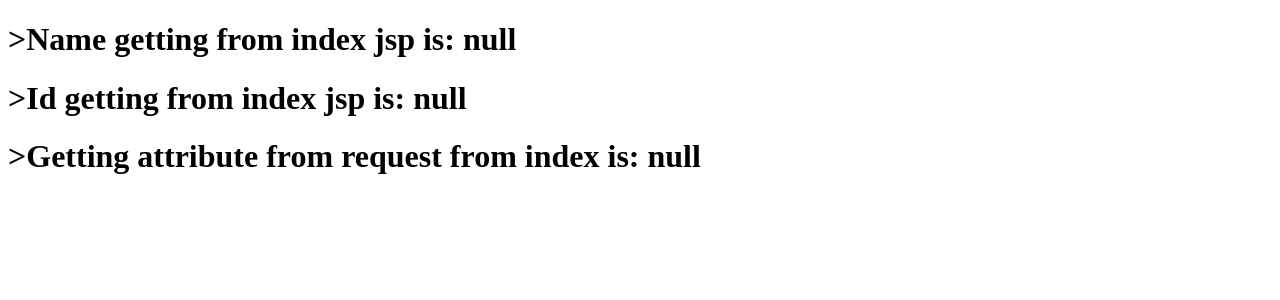
Repository: kamalsingh7290/ServletANDjsp
Page: http://localhost/JSP_Req_Resp/NewFile.jsp
An editor plug-in stored every save of this project. The page is shown before and after the next save, followed by the edit.
The browser window is 1280 px wide. The pictures show the whole page.
The page is served by Tomcat 9.

Above is the page before, as saved 2022-01-25 17:11:36.

### JSP_Req_Resp/src/main/webapp/NewFile.jsp
<%@ page language="java" contentType="text/html; charset=ISO-8859-1"
    pageEncoding="ISO-8859-1"%>
<!DOCTYPE html>
<html>
<head>
<meta charset="ISO-8859-1">
<title>Insert title here</title>
</head>
<body>
<h1>>Name getting from index jsp is: <%=request.getParameter("fname")%></h1>
<h1>>Id getting from index jsp is: <%=request.getParameter("id")%></h1>
<h1>>Getting attribute from request from
 index  is: <%=request.getParameter("naam")%></h1>
</body>
</html>

After the next save:
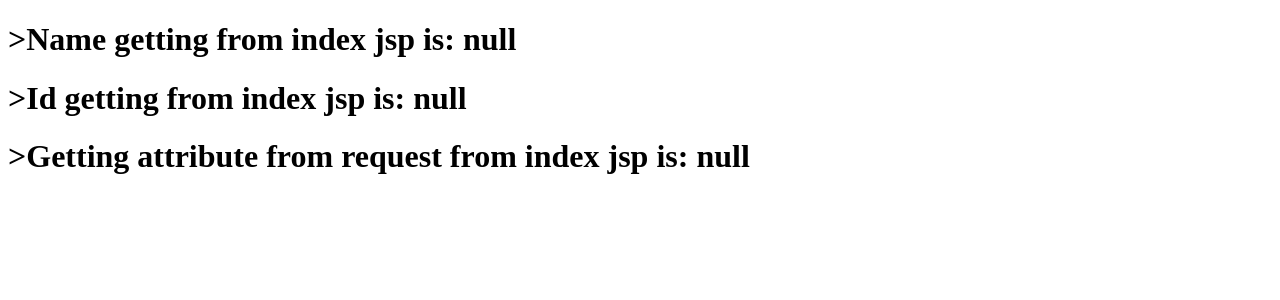
Saved 17 s later.
--- a/JSP_Req_Resp/src/main/webapp/NewFile.jsp
+++ b/JSP_Req_Resp/src/main/webapp/NewFile.jsp
@@ -10,6 +10,6 @@
 <h1>>Name getting from index jsp is: <%=request.getParameter("fname")%></h1>
 <h1>>Id getting from index jsp is: <%=request.getParameter("id")%></h1>
 <h1>>Getting attribute from request from
- index  is: <%=request.getParameter("naam")%></h1>
+ index jsp is: <%=request.getParameter("id")%></h1>
 </body>
 </html>
